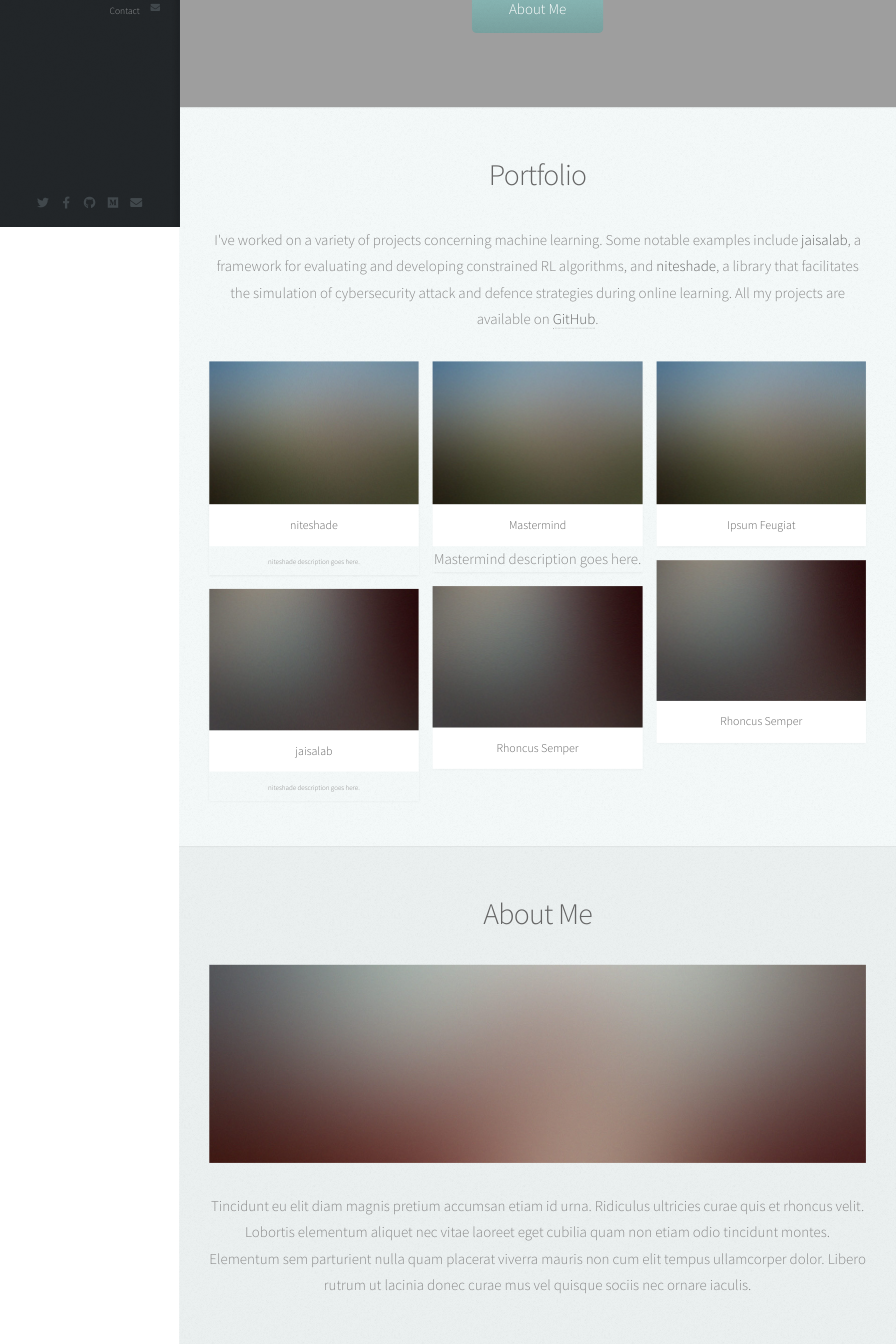
Repository: jaimesabalimperial/jaimesabalimperial.github.io
Page: index.html
An editor plug-in stored every save of this project. The page is shown before and after a run of saves, followed by the edit.
The browser window is 1280 px wide. The pictures show the part of the page from y = 396 to 2316 px (the page is 3371 px tall), at 70% of full size.
Pictures or frames that could not be fetched are drawn as grey boxes.

Above is the page before, as saved 2022-10-04 14:02:35.

### index.html
<!DOCTYPE HTML>
<!--
	Prologue by HTML5 UP
	html5up.net | @ajlkn
	Free for personal and commercial use under the CCA 3.0 license (html5up.net/license)
-->
<html>
	<head>
		<title>Prologue by HTML5 UP</title>
		<meta charset="utf-8" />
		<meta name="viewport" content="width=device-width, initial-scale=1, user-scalable=no" />
		<link rel="stylesheet" href="assets/css/main.css" />
	</head>
	<body class="is-preload">

		<!-- Header -->
			<div id="header">

				<div class="top">

					<!-- Logo -->
						<div id="logo">
							<span class="image avatar48"><img src="images/profile2.jpeg" alt="" /></span>
							<h1 id="title">Jaime Sabal Bermúdez</h1>
							<p>Machine Learning Engineer/Researcher</p>
						</div>

					<!-- Nav -->
						<nav id="nav">
							<ul>
								<li><a href="#top" id="top-link"><span class="icon solid fa-home">Intro</span></a></li>
								<li><a href="#portfolio" id="portfolio-link"><span class="icon solid fa-th">Portfolio</span></a></li>
								<li><a href="#about" id="about-link"><span class="icon solid fa-user">About Me</span></a></li>
								<li><a href="#contact" id="contact-link"><span class="icon solid fa-envelope">Contact</span></a></li>
							</ul>
						</nav>

				</div>

				<div class="bottom">

					<!-- Social Icons -->
						<ul class="icons">
							<li><a href="#" class="icon brands fa-twitter"><span class="label">Twitter</span></a></li>
							<li><a href="#" class="icon brands fa-facebook-f"><span class="label">Facebook</span></a></li>
							<li><a href="https://github.com/jaimesabalimperial" class="icon brands fa-github"><span class="label">Github</span></a></li>
							<li><a href="https://medium.com/@jsabalb" class="icon brands fa-medium"><span class="label">Medium</span></a></li>
							<li><a href="mailto: jsabalb@gmail.com" class="icon solid fa-envelope"><span class="label">Email</span></a></li>
						</ul>

				</div>

			</div>

		<!-- Main -->
			<div id="main">

				<!-- Intro -->
					<section id="top" class="one dark cover">
						<div class="container">

							<header>
								<h2 class="alt">Hi! I'm <strong>Jaime</strong>, an aspiring <br />
								researcher in machine learning</a>.</h2>
								<p>My interests specifically revolve around reinforcement learning <br />
								and robot learning and control (with focus on evolutionary algorithms).</p>
							</header>

							<footer>
								<a href="#about" class="button scrolly">About Me</a>
							</footer>

						</div>
					</section>

				<!-- Portfolio -->
					<section id="portfolio" class="two">
						<div class="container">

							<header>
								<h2>Portfolio</h2>
							</header>

							<p>I've worked on a variety of projects concerning machine learning. Some notable
							examples include <strong>jaisalab</strong>, a framework for evaluating and developing
							constrained RL algorithms, and <strong>niteshade</strong>, a library that facilitates
							the simulation of cybersecurity attack and defence strategies during online learning.
							All my projects are available on <a href="https://github.com/jaimesabalimperial"><strong>GitHub</strong></a>.</p>

							<div class="row">
								<div class="col-4 col-12-mobile">
									<article class="item">
										<a href="#" class="image fit"><img src="images/pic02.jpg" alt="" /></a>
										<header>
											<h3> <strong>niteshade</strong></h3>
										</header>
										<body>
										<p><font size="-4">niteshade description goes here.</font></p>
										</body>
									</article>
									<article class="item">
										<a href="#" class="image fit"><img src="images/pic03.jpg" alt="" /></a>
										<header>
											<h3><strong>jaisalab</strong></h3>
										</header>
										<body>
										<p><font size="-4">niteshade description goes here.</font></p>
										</body>
									</article>
								</div>
								<div class="col-4 col-12-mobile">
									<article class="item">
										<a href="#" class="image fit"><img src="images/pic02.jpg" alt="" /></a>
										<header>
											<h3> <strong>Mastermind</strong></h3>
										</header>
										<p>Mastermind description goes here.</p>
									</article>
									<article class="item">
										<a href="#" class="image fit"><img src="images/pic03.jpg" alt="" /></a>
										<header>
											<h3>Rhoncus Semper</h3>
										</header>
									</article>
								</div>
								<div class="col-4 col-12-mobile">
									<article class="item">
										<a href="#" class="image fit"><img src="images/pic02.jpg" alt="" /></a>
										<header>
											<h3>Ipsum Feugiat</h3>
										</header>

									</article>
									<article class="item">
										<a href="#" class="image fit"><img src="images/pic03.jpg" alt="" /></a>
										<header>
											<h3>Rhoncus Semper</h3>
										</header>
									</article>
								</div>
							</div>

						</div>
					</section>

				<!-- About Me -->
					<section id="about" class="three">
						<div class="container">

							<header>
								<h2>About Me</h2>
							</header>

							<a href="#" class="image featured"><img src="images/pic08.jpg" alt="" /></a>

							<p>Tincidunt eu elit diam magnis pretium accumsan etiam id urna. Ridiculus
							ultricies curae quis et rhoncus velit. Lobortis elementum aliquet nec vitae
							laoreet eget cubilia quam non etiam odio tincidunt montes. Elementum sem
							parturient nulla quam placerat viverra mauris non cum elit tempus ullamcorper
							dolor. Libero rutrum ut lacinia donec curae mus vel quisque sociis nec
							ornare iaculis.</p>

						</div>
					</section>

				<!-- Contact -->
					<section id="contact" class="four">
						<div class="container">

							<header>
								<h2>Contact</h2>
							</header>

							<p>Elementum sem parturient nulla quam placerat viverra
							mauris non cum elit tempus ullamcorper dolor. Libero rutrum ut lacinia
							donec curae mus. Eleifend id porttitor ac ultricies lobortis sem nunc
							orci ridiculus faucibus a consectetur. Porttitor curae mauris urna mi dolor.</p>

							<form method="post" action="#">
								<div class="row">
									<div class="col-6 col-12-mobile"><input type="text" name="name" placeholder="Name" /></div>
									<div class="col-6 col-12-mobile"><input type="text" name="email" placeholder="Email" /></div>
									<div class="col-12">
										<textarea name="message" placeholder="Message"></textarea>
									</div>
									<div class="col-12">
										<input type="submit" value="Send Message" />
									</div>
								</div>
							</form>

						</div>
					</section>

			</div>

		<!-- Footer -->
			<div id="footer">

				<!-- Copyright -->
					<ul class="copyright">
						<li>&copy; Untitled. All rights reserved.</li><li>Design: <a href="http://html5up.net">HTML5 UP</a></li>
					</ul>

			</div>

		<!-- Scripts -->
			<script src="assets/js/jquery.min.js"></script>
			<script src="assets/js/jquery.scrolly.min.js"></script>
			<script src="assets/js/jquery.scrollex.min.js"></script>
			<script src="assets/js/browser.min.js"></script>
			<script src="assets/js/breakpoints.min.js"></script>
			<script src="assets/js/util.js"></script>
			<script src="assets/js/main.js"></script>

	</body>
</html>

Loaded but not shown: assets/js/jquery.min.js (library); assets/css/fontawesome-all.min.css (library); assets/js/jquery.scrolly.min.js (common file); assets/js/jquery.scrollex.min.js (common file); assets/js/browser.min.js (common file); assets/js/breakpoints.min.js (common file); assets/js/util.js (587 lines, source omitted); assets/js/main.js (123 lines, source omitted); assets/css/main.css (2633 lines, source omitted)

After the next 3 saves:
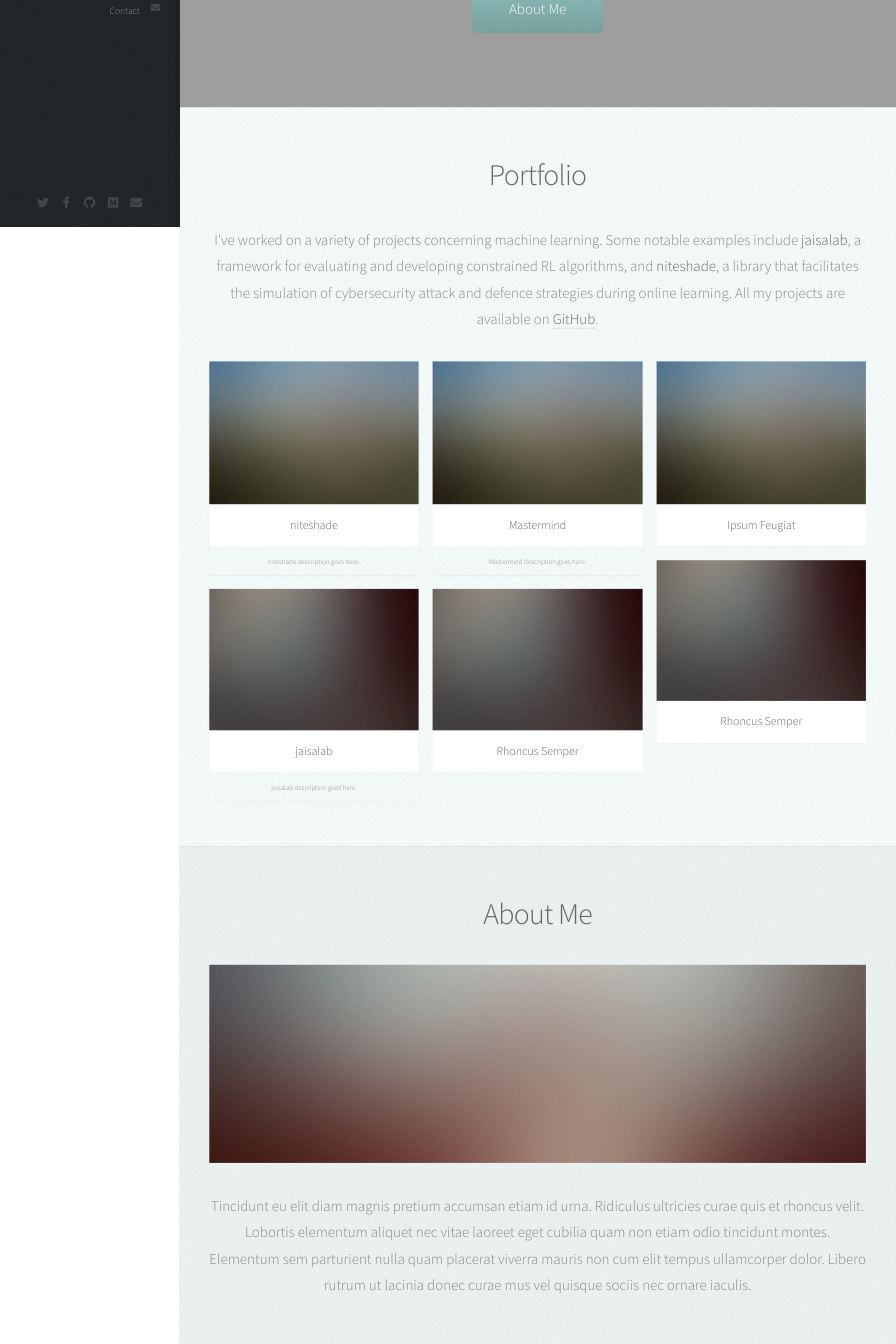
The 3 saves are shown as one change because they came seconds apart.
The last was saved 11 s later.
--- a/index.html
+++ b/index.html
@@ -104,7 +104,7 @@
 											<h3><strong>jaisalab</strong></h3>
 										</header>
 										<body>
-										<p><font size="-4">niteshade description goes here.</font></p>
+										<p><font size="-4">jaisalab description goes here.</font></p>
 										</body>
 									</article>
 								</div>
@@ -114,7 +114,7 @@
 										<header>
 											<h3> <strong>Mastermind</strong></h3>
 										</header>
-										<p>Mastermind description goes here.</p>
+										<p><font size="-4">Mastermind description goes here.</font></p>
 									</article>
 									<article class="item">
 										<a href="#" class="image fit"><img src="images/pic03.jpg" alt="" /></a>
